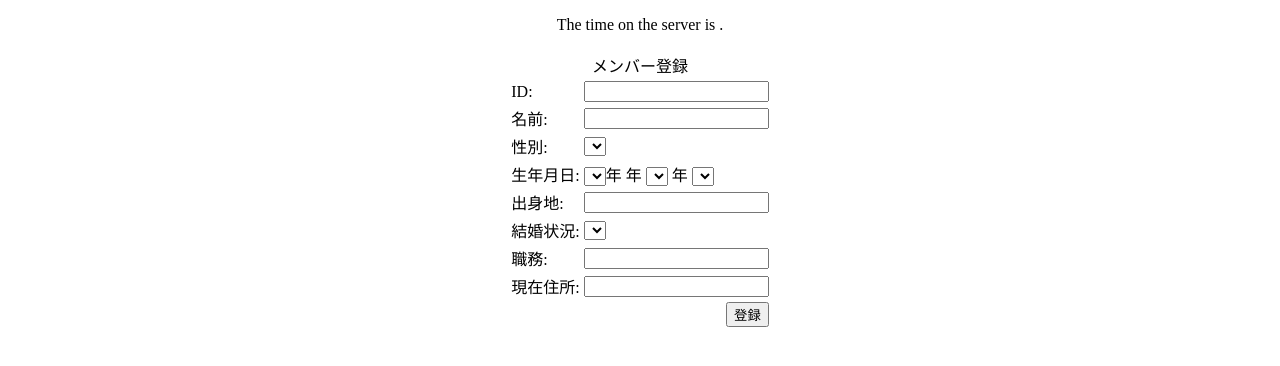
Repository: nguyenvantandev/WebApp
Page: http://localhost/CreateMember/WEB-INF/views/memberform.jsp
These files come from the project's save history. The page is drawn as it stood at one moment and after the next save; the edit follows.
The browser window is 1280 px wide. The pictures show the whole page.
The page is served by Tomcat 9. Nobody is signed in. The template is opened directly, without the code that normally fills it, so the values that code supplies are empty.

Above is the page before, as saved 2016-06-27 08:59:05.

After the next save:
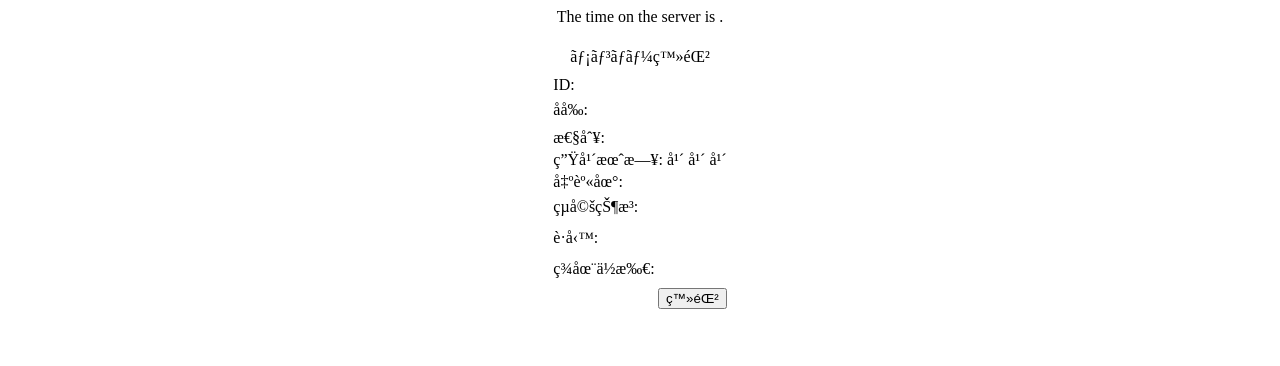
Saved 8 min 4 s later.
--- a/CreateMember/src/main/webapp/WEB-INF/views/memberform.jsp
+++ b/CreateMember/src/main/webapp/WEB-INF/views/memberform.jsp
@@ -1,15 +1,12 @@
-<%@ page language="java" contentType="text/html; charset=UTF-8"
-	pageEncoding="UTF-8"%>
-<%@ taglib prefix="form" uri="http://www.springframework.org/tags/form"%>
-<!DOCTYPE html PUBLIC "-//W3C//DTD HTML 4.01 Transitional//EN"
-    "http://www.w3.org/TR/html4/loose.dtd">
+<%@ taglib uri="http://java.sun.com/jsp/jstl/core" prefix="c" %>
+<%@ page session="false" %>
 <html>
 <head>
 <meta http-equiv="Content-Type" content="text/html; charset=UTF-8" />
 <title>メンバー登録</title>
 </head>
 <body>
-	<form:form action="" method="POST" commandName="memberVal">
+
 		<div align="center">
 		<P>The time on the server is ${serverTime}.</P>
 			<table border="0">
@@ -62,7 +59,7 @@
 
 			</table>
 		</div>
-	</form:form>
+
 
 </body>
 </html>
